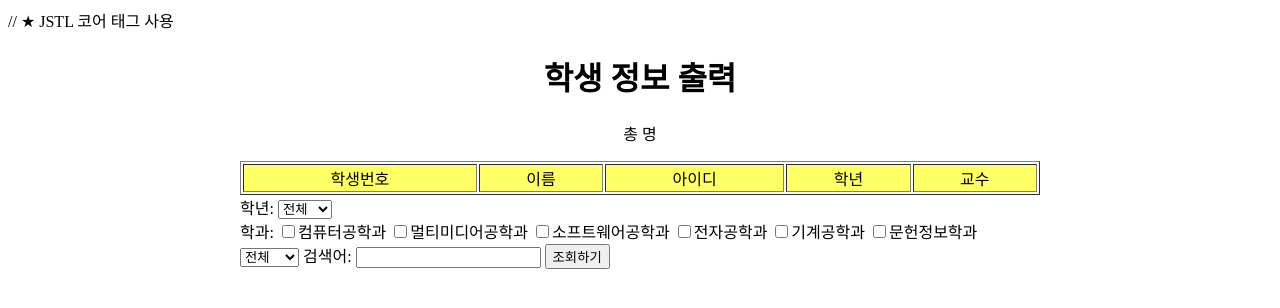
Repository: jrkim-kr/java-web-development
Page: http://localhost/test/WEB-INF/views/student/index.jsp
An editor plug-in stored every save of this project. The page is shown before and after the next save, followed by the edit.
The browser window is 1280 px wide. The pictures show the whole page.
The page is served by Tomcat 9. Nobody is signed in. The template is opened directly, without the code that normally fills it, so the values that code supplies are empty.

Above is the page before, as saved 2024-12-04 00:55:35.

After the next save:
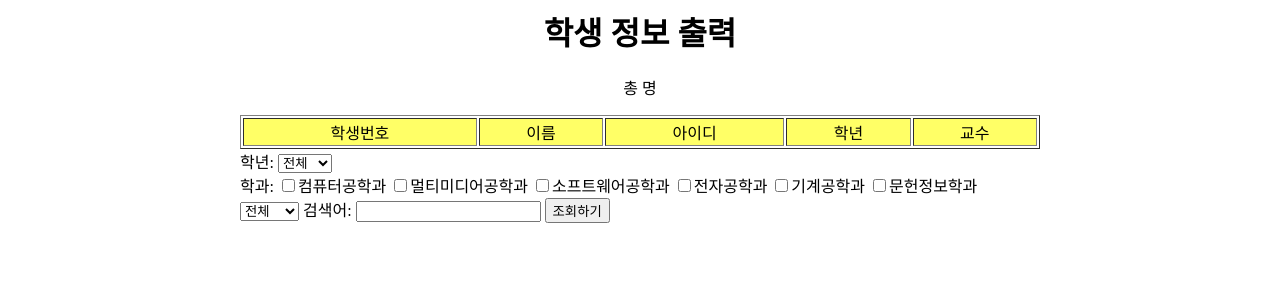
Saved 18 min 20 s later.
--- a/workspace_sts/test/src/main/webapp/WEB-INF/views/student/index.jsp
+++ b/workspace_sts/test/src/main/webapp/WEB-INF/views/student/index.jsp
@@ -1,5 +1,5 @@
 <%@ page language="java" contentType="text/html; charset=UTF-8" pageEncoding="UTF-8"%>
-<%@ taglib prefix="c" uri="http://java.sun.com/jsp/jstl/core"%>  // ★ JSTL 코어 태그 사용
+<%@ taglib prefix="c" uri="http://java.sun.com/jsp/jstl/core"%>  <!-- ★ JSTL 코어 태그 사용 -->
 <!-- ================================================
 * [1] index.jsp (학생 목록 및 검색 페이지)
 *================================================ -->
